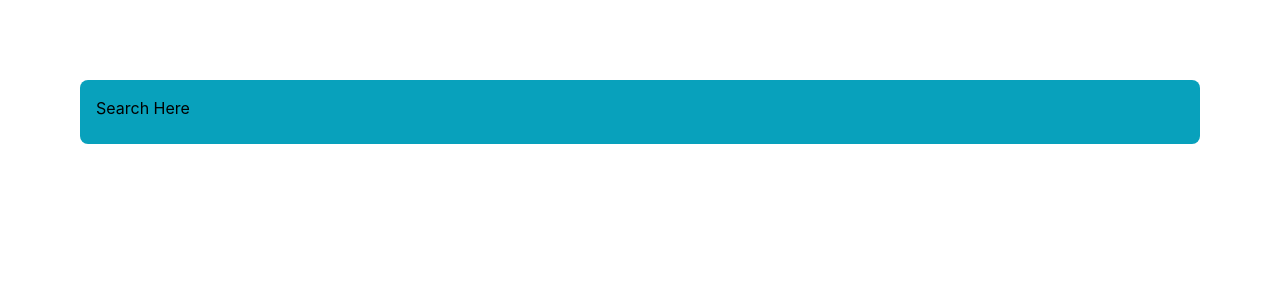
Repository: arafatmollah/pharma
Page: /
These files come from the project's save history. The page is drawn as it stood at one moment and after a run of saves; the edit follows.
The browser window is 1280 px wide. The pictures show the whole page.
The project was rebuilt for these pictures with package versions that can differ from the ones it lists, and the page was loaded fresh each time.

Above is the page before, as saved 2023-03-12 01:02:00.

After the next 6 saves:
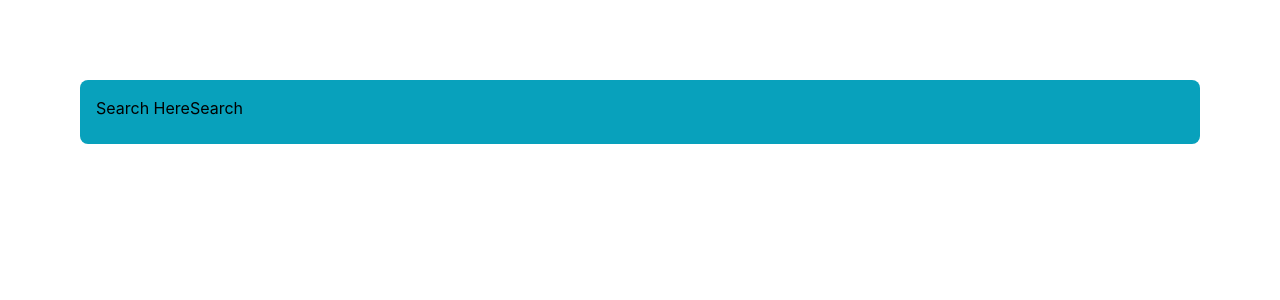
The 6 saves are shown as one change because they came seconds apart.
The last was saved 28 s later.
--- a/src/Nav.js
+++ b/src/Nav.js
@@ -7,6 +7,7 @@ function Nav() {
         <div className='box-border h-16 w-100 p-4 m-20 rounded-lg'>
           <div className='flex'>
                 <p>Search Here</p>
+                <button>Search</button>
           </div>
         </div>
     </div>
